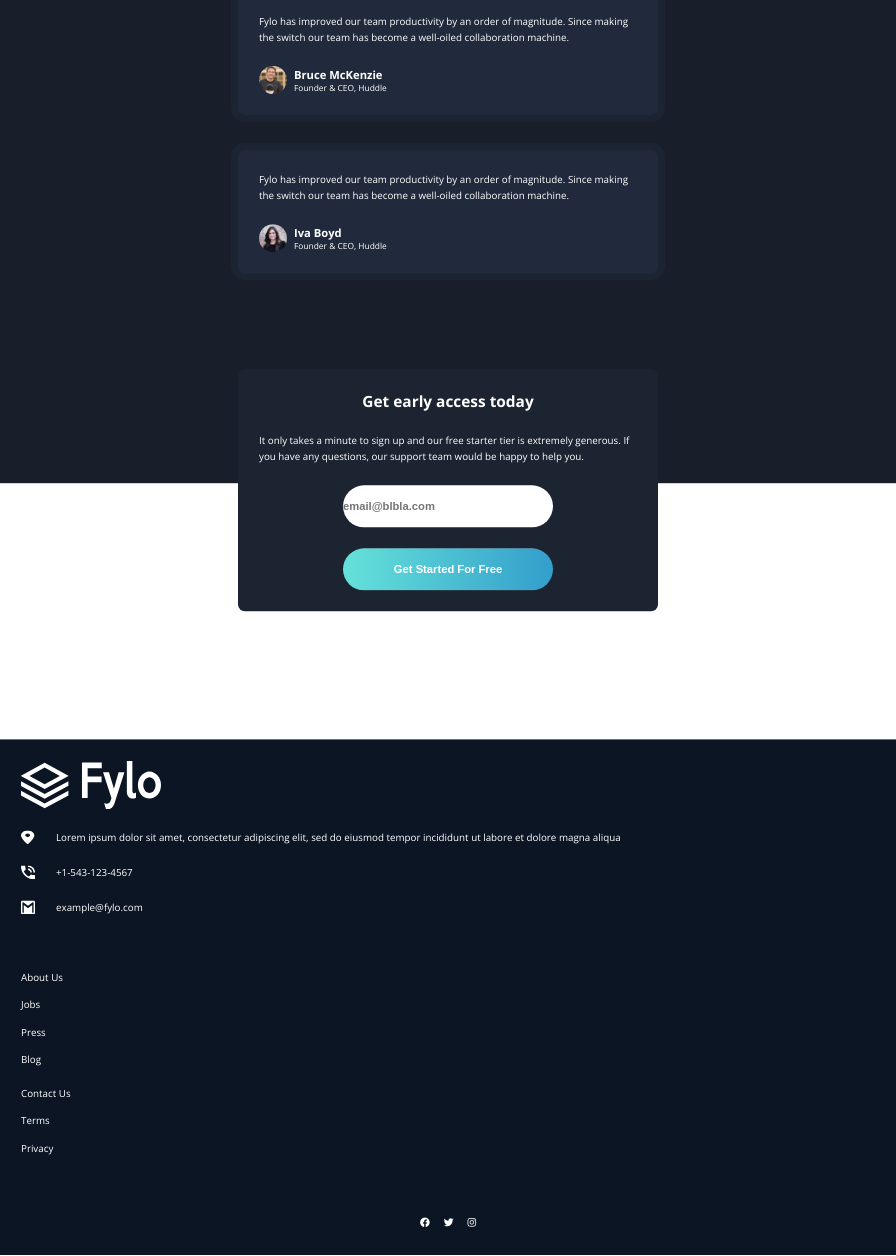
Repository: tomas938/fylo-dark-theme-landing-page-master
Page: index.html
The author's editor kept a copy of each file at every save. The page is drawn from the files as they stood at one save, then again after a run of saves.
The browser window is 1280 px wide. The pictures show the part of the page from y = 3005 to 4925 px (the page is 4799 px tall before and 4925 px after), at 70% of full size.
Some web libraries are served in a nearby version. The style sheet was rebuilt from its Sass, Less or Tailwind sources for each picture, by a compiler version that may differ from the author's.

Above is the page before, as saved 2021-08-05 17:43:33.

### index.html
<!DOCTYPE html>
<html lang="en">
	<head>
		<meta charset="UTF-8" />
		<meta name="viewport" content="width=device-width, initial-scale=1.0" />
		<link
			rel="icon"
			type="image/png"
			sizes="32x32"
			href="./images/favicon-32x32.png"
		/>
		<title>
			Frontend Mentor | Fylo landing page with dark theme and features grid
		</title>
		<link rel="stylesheet" href="https://pro.fontawesome.com/releases/v5.10.0/css/all.css" integrity="sha384-AYmEC3Yw5cVb3ZcuHtOA93w35dYTsvhLPVnYs9eStHfGJvOvKxVfELGroGkvsg+p" crossorigin="anonymous"/>
		<link rel="stylesheet" href="/scss/main.css" />
	</head>
	<body>
		<section class="intro">
			<nav class="intro__navigation">
				<img src="/images/logo.svg" alt="" />
				<ul class="intro__navigation__links">
					<li><a href="#">Features</a></li>
					<li><a href="#">Team</a></li>
					<li><a href="#">Sign In</a></li>
				</ul>
			</nav>
			<div class="intro__description">
				<img class="bg-image" src="/images/illustration-intro.png" alt="" />
				<h1>All your files in one secure location, accessible anywhere.</h1>
				<p>
					Fylo stores all your most important files in one secure location.
					Access them wherever you need, share and collaborate with friends
					family, and co-workers.
				</p>
				<button class="blue-rounded">Get Started</button>
			</div>
		</section>
		<section class="about">
			<div class="about__item">
				<img src="/images/icon-access-anywhere.svg" class="icon"></img>
				<h3>Access your files, anywhere</h3>
				<p>
					The ability to use a smartphone, tablet, or computer to access your
					account means your files follow you everywhere.
				</p>
			</div>
			<div class="about__item">
				<img src="/images/icon-security.svg" class="icon"></img>
				<h3>Security you can trust</h3>
				<p>
					2-factor authentication and user-controlled encryption are just a
					couple of the security features we allow to help secure your files.
				</p>
			</div>
			<div class="about__item">
				<img src="/images/icon-collaboration.svg" class="icon"></img>
				<h3>Real-time collaboration</h3>
				<p>
					Securely share files and folders with friends, family and colleagues
					for live collaboration. No email attachments required.
				</p>
			</div>
			<div class="about__item">
				<img src="/images/icon-any-file.svg" class="icon"></img>
				<h3>Store any type of file</h3>
				<p>
					Whether you're sharing holidays photos or work documents, Fylo has you
					covered allowing for all file types to be securely stored and shared.
				</p>
			</div>
		</section>
    <section class="informations">
      <div class="informations__image">
        <img src="/images/illustration-stay-productive.png" alt="">
      </div>
      <div class="informations__content">
        <h4>Stay productive, wherever you are</h4>
        <p> Never let location be an issue when
		accessing your files. Fylo has you covered for all of your file storage
		needs.</p>
        <p> Securely share files and folders with friends, family and colleagues
		for live collaboration. No email attachments required.</p>
        <div class="link">
          <a href="#"> See how Fylo works</a>
          <img src="/images/icon-arrow.svg" alt="">
        </div>
      </div>
    </section>
    <section class="testimonials">
      <div class="testimonials__item">
        <img class="quotes" src="/images/bg-quotes.png" alt="">
        <p>	Fylo has improved our team productivity by an order of magnitude. Since
		making the switch our team has become a well-oiled collaboration machine.</p>
      <div class="person">
        <img src="/images/profile-1.jpg" alt="">
        <div class="person__information">
          <h4>	Satish Patel </h4>
          <h5> Founder & CEO, Huddle</h5>
        </div>
      </div>
      </div>
      <div class="testimonials__item">
        <p>	Fylo has improved our team productivity
		by an order of magnitude. Since making the switch our team has become a
		well-oiled collaboration machine.</p>
      <div class="person">
        <img src="/images/profile-2.jpg" alt="">
        <div class="person__information">
          <h4>Bruce McKenzie </h4>
          <h5> Founder & CEO, Huddle</h5>
        </div>
      </div>
      </div>
      <div class="testimonials__item">
        <p>	Fylo has improved our team productivity
		by an order of magnitude. Since making the switch our team has become a
		well-oiled collaboration machine.</p>
      <div class="person">
        <img src="/images/profile-3.jpg" alt="">
        <div class="person__information">
          <h4>	Iva Boyd </h4>
          <h5> Founder & CEO, Huddle</h5>
        </div>
      </div>
      </div>
    </section >
	<section class="contact">
		<div class="contact__item">
			<h3>Get early access today</h3>
			<p>	 It only takes a minute to sign
		  up and our free starter tier is extremely generous. If you have any
		  questions, our support team would be happy to help you.</p>
		  <input type="text" placeholder="email@blbla.com">
		  <button class="blue-rounded ">Get Started For Free</button>
		</div>
	</section>
	<footer class="footer">
		<img class="logo" src="/images/logo.svg" alt="">
		<div  class="footer__information">
			<div class="footer__information__item">
				<img  src="/images/icon-location.svg" alt="">
				<p>Lorem ipsum dolor sit amet, consectetur adipiscing elit, sed do eiusmod
		tempor incididunt ut labore et dolore magna aliqua</p>
			</div>
			<div class="footer__information__item">
				<img src="/images/icon-phone.svg" alt="">
				<p> +1-543-123-4567</p>
			</div>
			<div class="footer__information__item">
				<img  src="/images/icon-email.svg" alt="">
				<p>example@fylo.com</p>
			</div>
		</div>
		<div class="links-up">
			<a href="#">About Us</a>
			<a href="#">Jobs</a>
			<a href="#">Press</a>
			<a href="#"> Blog</a>
		</div>
		<div class="links-down">
			<a href="#"> Contact Us</a>
			<a href="#">Terms</a>
			<a href="#"> Privacy</a>
		</div>
		<div class="icons">
			<a href="#" class="icon"><i class="fab fa-facebook"></i></a>
			<a href="#"><i class="fab fa-twitter"></i></a>
			<a href="#"><i class="fab fa-instagram"></i></a>
		</div>
	</footer>



	</body>
</html>

### scss/main.scss
@import "./_partials/variables";
@import "./_partials/_reset";
@import "./_partials/_intro";
@import "./_partials/_about";
@import "./_partials/_informations";
@import "./_partials/_testimonials";
@import "./_partials/_contact";
@import "./_partials/_footer";

### scss/_partials/_variables.scss
// COLORS //

// ### Primary //

$intro-bg: hsl(217, 28%, 15%); // intro email sign up
$main-bg: hsl(218, 28%, 13%);
$footer-bg: hsl(216, 53%, 9%);
$testimonials-bg: hsl(219, 30%, 18%);

// ### Accent //

$cayn: hsl(176, 68%, 64%); //(inside call-to-action gradient)//
$blue: hsl(198, 60%, 50%); //(inside call-to-action gradient)//
$error: hsl(0, 100%, 63%);

// ### Neutral //

$white: hsl(0, 0%, 100%);

// FONTS //

// ### Headings, Call-to-actions, Header Navigation //

@import url("https://fonts.googleapis.com/css2?family=Raleway:wght@400;700&display=swap");

$heading-font: "Raleway", sans-serif;
$heading-light: 400;
$heading-bold: 700;

// ### Body //

@import url("https://fonts.googleapis.com/css2?family=Open+Sans:wght@400;700&family=Raleway:wght@400;700&display=swap");

$body-font: "Open Sans", sans-serif;
$body-light: 400;
$body-bold: 700;

// Button
.blue-rounded {
	max-width: 30rem;
	font-size: 1.6rem;
	font-weight: $heading-bold;
	border: none;
	outline: none;
	color: $white;
	background-image: linear-gradient(to right, $cayn, $blue);
	border-radius: 3rem;
	height: 6rem;
	width: 100%;
}

### scss/_partials/_reset.scss
* {
	margin: 0;
	padding: 0;
	box-sizing: border-box;
}
body {
	color: $white;
	font-family: $body-font;
}
html {
	font-size: 62.5%;
	// @media only screen and (max-width: 375px) {
	// 	font-size: 92.5%;
	// }
}
a {
	text-decoration: none;
}
li {
	list-style: none;
}

### scss/_partials/_intro.scss
.intro {
	background-color: $intro-bg;
	font-family: $heading-font;
	background-image: url(/images/bg-curvy-mobile.svg);
	background-repeat: no-repeat;
	background-position: bottom;
	background-size: 150% 50%;

	&__navigation {
		padding: 3rem 2rem;
		display: flex;
		justify-content: space-between;
	}
	img {
		width: 10rem;
		height: 2.95rem;
	}

	&__navigation__links {
		display: flex;
		align-items: center;
	}
	li:not(:last-child) {
		margin-right: 2.2rem;
	}
	a {
		color: $white;
		font-weight: $heading-light;
		font-size: 1.4rem;
	}
	&__description {
		max-width: 60rem;
		padding: 3rem;
		margin: auto;
		display: flex;
		flex-direction: column;
		align-items: center;
		grid-gap: 2rem;
	}
	.bg-image {
		width: 100%;
		height: 100%;
	}
	h1 {
		font-size: 2.5rem;
		text-align: center;
		line-height: 3.5rem;
	}
	p {
		font-size: 1.4rem;
		line-height: 2.3rem;
		text-align: center;
	}
}

### scss/_partials/_about.scss
.about {
	display: grid;
	grid-template-columns: 1fr;
	justify-items: center;
	grid-gap: 5rem;
	background-color: $main-bg;
	font-family: $heading-font;
	padding: 5rem 0;
	&__item {
		max-width: 35rem;
		display: flex;
		flex-direction: column;
		align-items: center;
		justify-content: center;
		padding: 0 1.5rem;
		grid-gap: 1rem;
	}
	.icon {
		margin-bottom: 3rem;
	}
	h3 {
		font-size: 2.2rem;
	}
	p {
		font-size: 1.4rem;
		line-height: 2.3rem;
	}
	h3,
	p {
		text-align: center;
	}
}

### scss/_partials/_informations.scss
.informations {
	display: flex;
	flex-direction: column;
	justify-content: center;
	align-items: center;
	grid-gap: 3rem;
	font-family: $heading-font;
	background-color: $main-bg;
	padding: 3rem;
	&__image {
		img {
			width: 100%;
		}
	}
	&__content {
		max-width: 60rem;

		display: flex;
		flex-direction: column;
		grid-gap: 2rem;
	}
	h3 {
		text-align: center;
	}

	h4 {
		font-size: 1.8rem;
	}
	p {
		font-size: 1.4rem;
		line-height: 2.3rem;
		text-align: left;
	}
	.link {
		display: flex;
		align-items: center;
		justify-content: flex-start;
		border-bottom: 1px solid $cayn;
		width: 16rem;
		a {
			font-size: 1.4rem;
			color: $cayn;
		}
		img {
			margin-left: 1rem;
			height: 2rem;
		}
	}
}

### scss/_partials/_testimonials.scss
.testimonials {
	background-color: $main-bg;
	display: flex;
	flex-direction: column;
	align-items: center;
	grid-gap: 5rem;
	padding: 10rem 4rem 30rem 4rem;
	position: relative;
	&__item {
		max-width: 60rem;
		background-color: $testimonials-bg;
		border-radius: 1rem;
		box-shadow: 0px 0px 0px 10px $intro-bg;
		padding: 3rem;
		display: flex;
		flex-direction: column;
		grid-gap: 3rem;
		position: relative;
		.quotes {
			position: absolute;
			top: -2.5rem;
			left: 0;
		}
	}
	.person {
		display: flex;
		align-items: center;
		grid-gap: 1rem;
	}
	img {
		border-radius: 50%;
		width: 4rem;
		height: 4rem;
	}
	p {
		font-size: 1.4rem;
		line-height: 2.3rem;
	}
	h4 {
		font-size: 1.6rem;
	}
	h5 {
		font-size: 1.2rem;
		font-weight: $heading-light;
	}
}

### scss/_partials/_contact.scss
.contact {
	display: flex;
	justify-content: center;
	padding: 1rem;
	.contact__item {
		transform: translateY(-50%);
		background-color: $intro-bg;
		padding: 3rem;
		border-radius: 1rem;
		max-width: 60rem;
		display: flex;
		flex-direction: column;
		align-items: center;
		grid-gap: 3rem;
	}
	h3 {
		font-size: 2.2rem;
	}
	p {
		font-size: 1.4rem;
		line-height: 2.3rem;
	}
	input {
		max-width: 30rem;
		font-size: 1.6rem;
		font-weight: $heading-bold;
		border: none;
		outline: none;
		color: $white;
		border-radius: 3rem;
		height: 6rem;
		width: 100%;
	}
}

### scss/_partials/_footer.scss
.footer {
	display: flex;
	flex-direction: column;
	grid-gap: 3rem;
	background-color: $footer-bg;
	padding: 3rem;
	font-size: 1.4rem;

	&__information {
		display: flex;
		flex-direction: column;
		grid-gap: 3rem;
	}
	&__information__item {
		display: flex;
		grid-gap: 3rem;
	}
	.logo {
		width: 20rem;
		height: 7rem;
	}
	.links-up,
	.links-down {
		display: flex;
		flex-direction: column;
		grid-gap: 2rem;
	}
	.links-up {
		padding-top: 5rem;
	}
	.links-down {
		padding-bottom: 5rem;
	}
	.icons {
		display: flex;
		justify-content: center;
	}
	.icon {
		height: 2rem;
	}
	i {
		padding: 1rem;
	}
	img {
		width: 2rem;
		height: 2rem;
	}
	a {
		color: $white;
	}
}

After the next 2 saves:
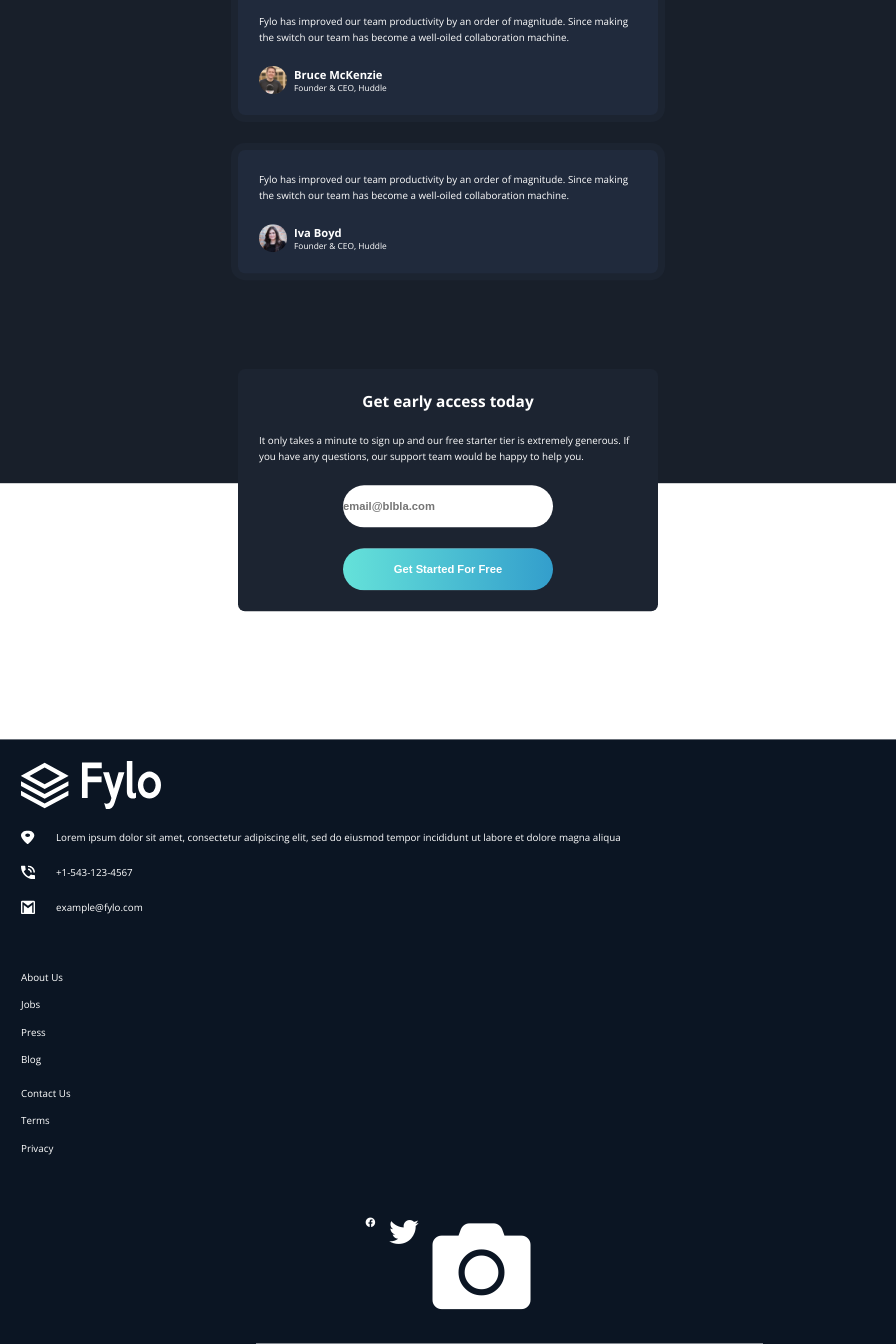
The 2 saves are shown as one change because they came seconds apart.
The last was saved 3 min 13 s later.
--- a/index.html
+++ b/index.html
@@ -164,9 +164,10 @@
 			<a href="#"> Privacy</a>
 		</div>
 		<div class="icons">
-			<a href="#" class="icon"><i class="fab fa-facebook"></i></a>
-			<a href="#"><i class="fab fa-twitter"></i></a>
-			<a href="#"><i class="fab fa-instagram"></i></a>
+			<a href="#" ><i class="fab fa-facebook"></i></a>
+			<a href="#"><i class="fab fa-twitter fa-3x"></i></a>
+			<a href="#">  <i class="fas fa-camera fa-10x"></i>
+</a>
 		</div>
 	</footer>
 
